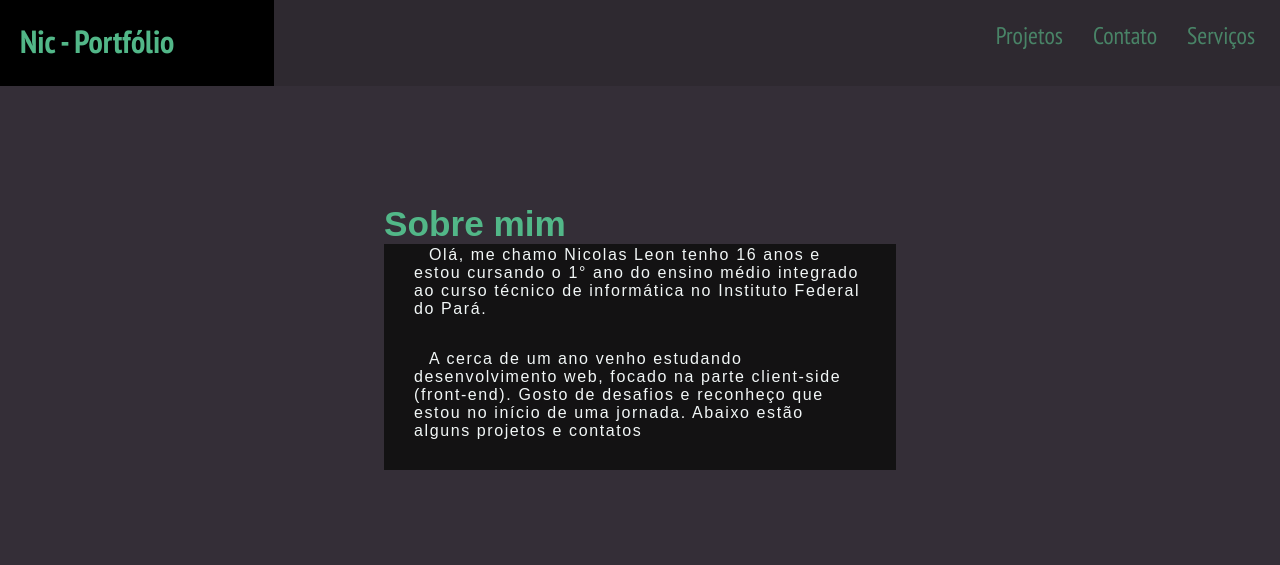
Repository: Leonngc/portfolio
Page: index.html
An editor plug-in stored every save of this project. The page is shown before and after a run of saves, followed by the edit.
The browser window is 1280 px wide. The pictures show the whole page.

Above is the page before, as saved 2022-12-02 10:54:42.

After the next 2 saves:
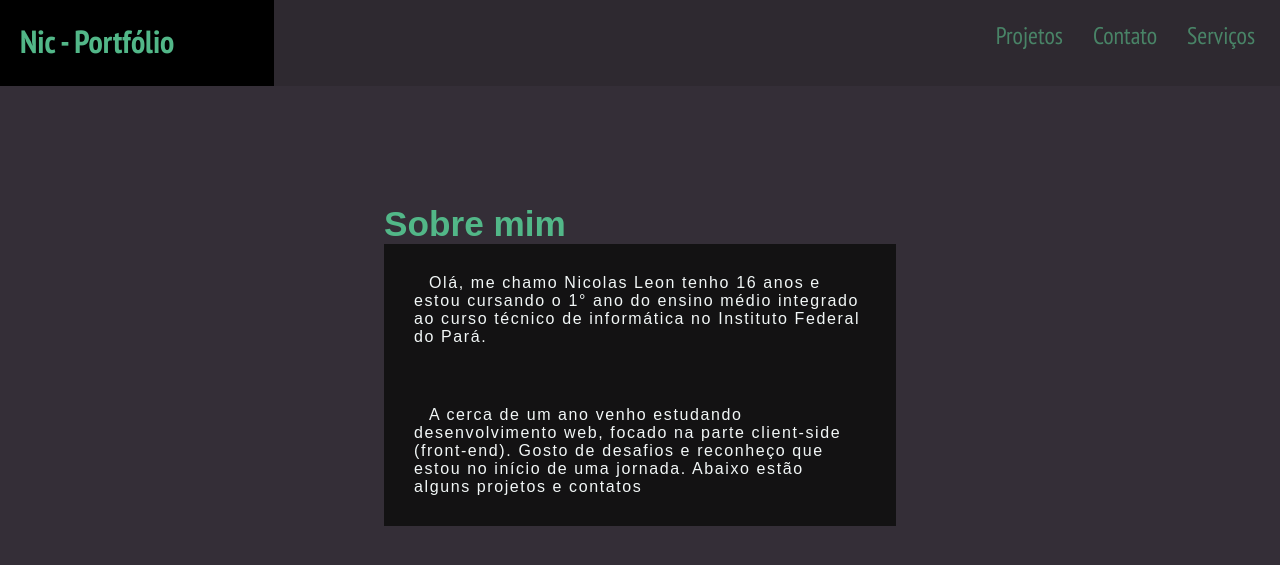
The 2 saves are shown as one change because they came seconds apart.
The last was saved 8 s later.
--- a/home.css
+++ b/home.css
@@ -74,7 +74,6 @@
 
 section > p{
     padding: 30px;
-    padding-top: 2px;
     background-color: #131213;
     color: #f2f7f7;
     font-family: Arial, Helvetica, sans-serif;
